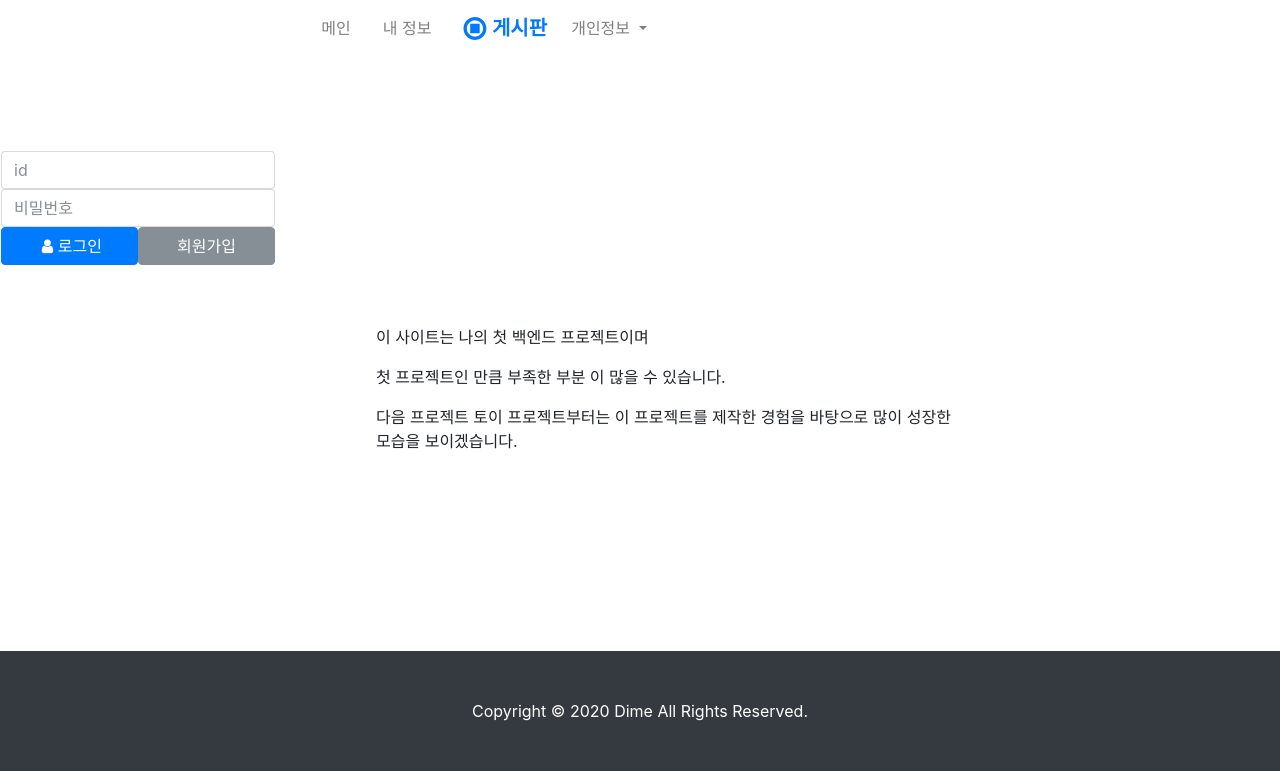
Repository: elecdime/jspboard
Page: http://localhost/BBS/projectbbs/Main.jsp
These files come from the project's save history. The page is drawn as it stood at one moment and after the next save; the edit follows.
The browser window is 1280 px wide. The pictures show the whole page.
Some web libraries are served in a nearby version. The page is served by Tomcat 9. Other server files are loaded and not shown.

Above is the page before, as saved 2020-07-08 13:00:44.

### dime/project Web/BBS/WebContent/projectbbs/Main.jsp
<%@ page language="java" contentType="text/html; charset=UTF-8"
    pageEncoding="UTF-8"%>
<!doctype html>
<head>
   <!-- Required meta tags -->
  <meta charset="utf-8">
  <meta name="viewport" content="width=device-width, initial-scale=1, shrink-to-fit=no">
<meta http-equiv="Content-Type" content="text/html; charset=UTF-8" />
  <!-- Bootstrap CSS -->
  <link rel="stylesheet" href="https://maxcdn.bootstrapcdn.com/bootstrap/4.0.0-beta/css/bootstrap.min.css" integrity="sha384-/Y6pD6FV/Vv2HJnA6t+vslU6fwYXjCFtcEpHbNJ0lyAFsXTsjBbfaDjzALeQsN6M" crossorigin="anonymous">
<style type="text/css">




</style>
<title>게시판 연습</title>
  </head>
  <body>


        <div id="TOP" style="width:960px;height:150px;">
            <%@ include file="Top.jsp" %>
        </div>

        <table width="960px">
            <tr>
                <td width="160" valign="top">
                    <%@ include file="left.jsp" %>
                </td>
                <td width="800" valign="#" style="padding-left: 100px">
                    <table width="100%" height="475" cellpadding="0" cellspacing="0" id="tables">
                        <tr >
                            <td border="3px">

                     <p " text-while">이 사이트는 나의 첫 백엔드 프로젝트이며</p>
                       <p " text-while">첫 프로젝트인 만큼 부족한 부분 이 많을 수 있습니다.</p>
                       다음 프로젝트 토이 프로젝트부터는 이 프로젝트를 제작한
                       경험을 바탕으로 많이 성장한 모습을 보이겠습니다.





                            </td>
                        </tr>

                    </table>
                </td>
            </tr>

        </table>
    <footer id = "bottom">
    <%@ include file="bottom.jsp" %>
</footer>














 <script src="https://code.jquery.com/jquery-3.2.1.slim.min.js" integrity="sha384-KJ3o2DKtIkvYIK3UENzmM7KCkRr/rE9/Qpg6aAZGJwFDMVNA/GpGFF93hXpG5KkN" crossorigin="anonymous"></script>
  <script src="https://cdnjs.cloudflare.com/ajax/libs/popper.js/1.11.0/umd/popper.min.js" integrity="sha384-b/U6ypiBEHpOf/4+1nzFpr53nxSS+GLCkfwBdFNTxtclqqenISfwAzpKaMNFNmj4" crossorigin="anonymous"></script>
  <script src="https://maxcdn.bootstrapcdn.com/bootstrap/4.0.0-beta/js/bootstrap.min.js" integrity="sha384-h0AbiXch4ZDo7tp9hKZ4TsHbi047NrKGLO3SEJAg45jXxnGIfYzk4Si90RDIqNm1" crossorigin="anonymous"></script>
  </body>
</html>

### dime/project Web/BBS/WebContent/projectbbs/Top.jsp
<%@ page language="java" contentType="text/html; charset=UTF-8"
    pageEncoding="UTF-8"%>
    <html>
    <head>

 <link rel="stylesheet" href="https://cdnjs.cloudflare.com/ajax/libs/font-awesome/4.7.0/css/font-awesome.min.css" type="text/css">
 </head>
  <nav class="navbar navbar-expand-md navbar-light">
    <div class="container justify-content-center"> <button class="navbar-toggler navbar-toggler-right border-0" type="button" data-toggle="collapse" data-target="#navbar3">
        <span class="navbar-toggler-icon"></span>
      </button>
      <div class="collapse navbar-collapse text-center justify-content-center" id="navbar3">
        <ul class="navbar-nav">
          <li class="nav-item mx-2"> <a class="nav-link" href="Main.jsp">메인</a> </li>
          <li class="nav-item mx-2"> <a class="nav-link" href="info.jsp">내 정보</a> </li>
          <li class="nav-item mx-2"> <a class="nav-link navbar-brand mr-0 text-primary" href="bbs.jsp"><i class="fa d-inline fa-lg fa-stop-circle-o"></i>
              <b> 게시판 </b></a> </li>

               <li class="nav-item dropdown">
          <a class="nav-link dropdown-toggle" href="#" id="navbarDropdownMenuLink" data-toggle="dropdown" aria-haspopup="true" aria-expanded="false">
  개인정보
        </a>
        <div class="dropdown-menu" aria-labelledby="navbarDropdownMenuLink">
          <a class="dropdown-item" href="left.jsp">로그인</a>
          <a class="dropdown-item" href="register.jsp">회원가입</a>

        </div>
        </li>
      </div>
    </div>
  </nav>
  <div class="py-5">
    <div class="container">
      <div class="row">
        <div class="col-md-12"></div>
      </div>
    </div>
  </div>

</html>

### dime/project Web/BBS/WebContent/projectbbs/left.jsp
<%@ page language="java" contentType="text/html; charset=UTF-8"
    pageEncoding="UTF-8"%>
<%@ page import = "java.sql.*" %>

    <html>
    <head>
 <meta http-equiv="Content-Type" content="text/html; charset=UTF-8" />
 <link rel="stylesheet" href="https://cdnjs.cloudflare.com/ajax/libs/font-awesome/4.7.0/css/font-awesome.min.css" type="text/css">
 </head>



 <%  if(session.getAttribute("id")==null){ //세션이 설정되지 않을 경우 참조  %>



<form class="form-inline" action="login.jsp" method="get">
            <div class="form-group">
              <input type="text" class="form-control" name ="id" id="id" placeholder="id"> </div>
            <div class="form-group form-row">
              <div class="col-sm-10"><input type="password" class="form-control " name = "pw" id="pw" placeholder="비밀번호"></div>
            </div>
            <button class="btn btn-primary align-items-center col-sm-6" ><i class="fa fa-user fa-fw"></i>로그인</button>
            <a class="btn btn-secondary col-sm-6" href="register.jsp" style=""></i> 회원가입 </a>
          </form><% }else{ %>
<form method="post" action="logout.jsp">
	<%=session.getAttribute("id") %>님 환영합니다~

	<input type="submit" value="로그아웃" />
</form>
<button onClick="location.href='info.jsp'"> 개인정보 변경</button>
<% if(session.getAttribute("id").equals("admin")){
	%>

	<button onClick="location.href='#'"> 관리자 페이지</button>

<%} %>

<% } %>

### dime/project Web/BBS/WebContent/projectbbs/bottom.jsp


<%@ page language="java" contentType="text/html; charset=UTF-8"
    pageEncoding="UTF-8"
    import="java.sql.*"%>
<%
    request.setCharacterEncoding("utf-8");
%>
<!DOCTYPE html PUBLIC "-//W3C//DTD HTML 4.01 Transitional//EN" "http://www.w3.org/TR/html4/loose.dtd">
<html>
<head>
<meta http-equiv="Content-Type" content="text/html; charset=utf-8">

<body>
<footer class="bg-dark mt-4 p-5 text-center" style="color:#FFFFFF;">


Copyright &copy; 2020 Dime All Rights Reserved.<br>

</footer>
</body>
</html>

### dime/project Web/BBS/WebContent/error/404code.jsp
<%@ page language="java" contentType="text/html; charset=UTF-8"
    pageEncoding="UTF-8"%>
    <%response.setStatus(HttpServletResponse.SC_OK); %>
<!DOCTYPE html>
<html>
<head>
<meta charset="UTF-8">
<title>404 오류발생</title>
</head>
<body>
요청하신페이지가없습니다.
</body>
</html>

After the next save:
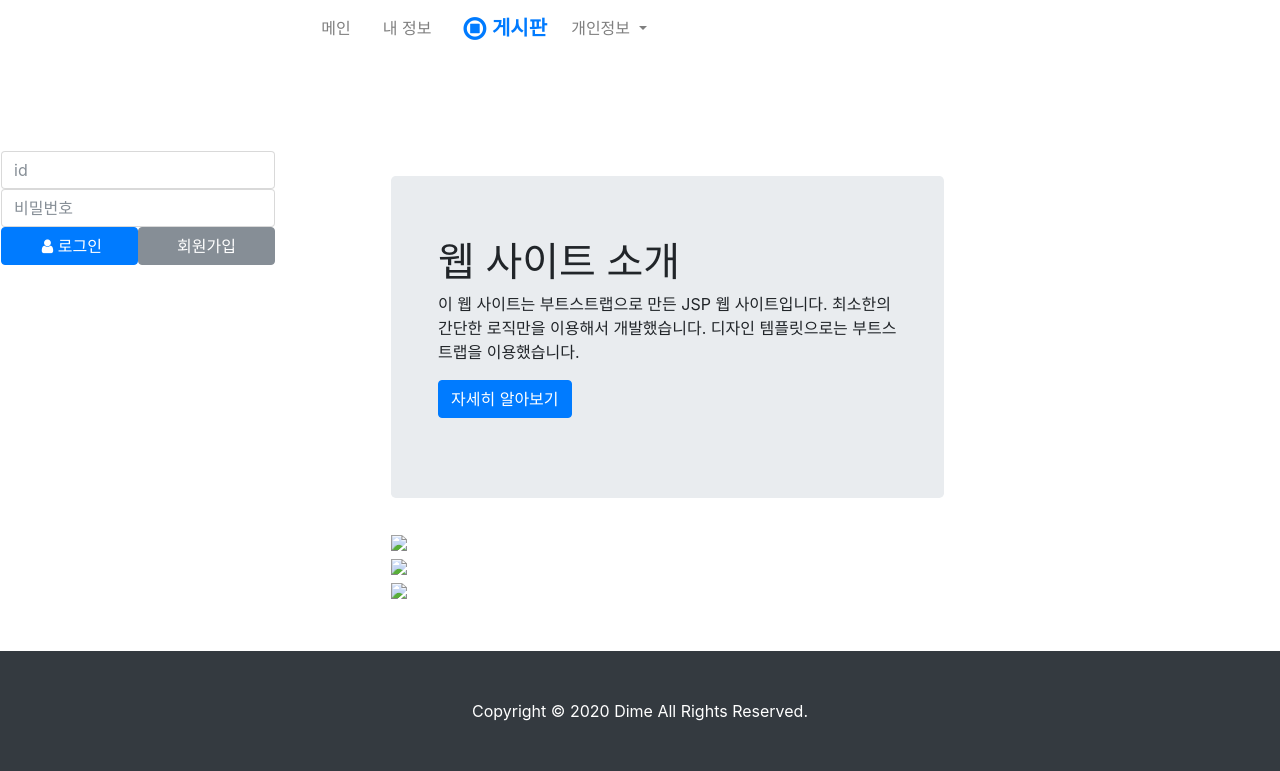
Saved 6 min 0 s later.
--- a/dime/project Web/BBS/WebContent/projectbbs/Main.jsp
+++ b/dime/project Web/BBS/WebContent/projectbbs/Main.jsp
@@ -32,11 +32,41 @@
                     <table width="100%" height="475" cellpadding="0" cellspacing="0" id="tables">
                         <tr >
                             <td border="3px">
-
-                     <p " text-while">이 사이트는 나의 첫 백엔드 프로젝트이며</p>
-                       <p " text-while">첫 프로젝트인 만큼 부족한 부분 이 많을 수 있습니다.</p>
-                       다음 프로젝트 토이 프로젝트부터는 이 프로젝트를 제작한
-                       경험을 바탕으로 많이 성장한 모습을 보이겠습니다.
+                        <div class="container">
+        <div class="jumbotron">
+            <div class="container">
+                <h1>웹 사이트 소개</h1>
+                <p>이 웹 사이트는 부트스트랩으로 만든 JSP 웹 사이트입니다. 최소한의 간단한 로직만을 이용해서 개발했습니다. 디자인 템플릿으로는 부트스트랩을 이용했습니다.</p>
+                <p><a class="btn btn-primary btn-pull" href="#" role="button">자세히 알아보기</a></p>
+            </div>
+        </div>
+    </div>
+    <div class="container">
+        <div id="myCarousel" class="carousel slide" data-ride="carousel">
+            <ol class="carousel-indicators">
+                <li data-target="#myCarousel" data-slide-to="0" class="active"></li>
+                <li data-target="#myCarousel" data-slide-to="0"></li>
+                <li data-target="#myCarousel" data-slide-to="0"></li>
+            </ol>
+            <div class="carousel-inner">
+                <div class="item active">
+                    <img src="images/1.jpg">
+                </div>
+                <div class="item">
+                    <img src="images/2.jpg">
+                </div>
+                <div class="item">
+                    <img src="images/3.jpg">
+                </div>
+            </div>
+            <a class="left carousel-control" href="#myCarousel" data-slide="prev">
+                <span class="glyphicon glyphicon-chevron-left"></span>
+            </a>
+            <a class="right carousel-control" href="#myCarousel" data-slide="next">
+                <span class="glyphicon glyphicon-chevron-right"></span>
+            </a>
+        </div>
+    </div>
 
 
 
